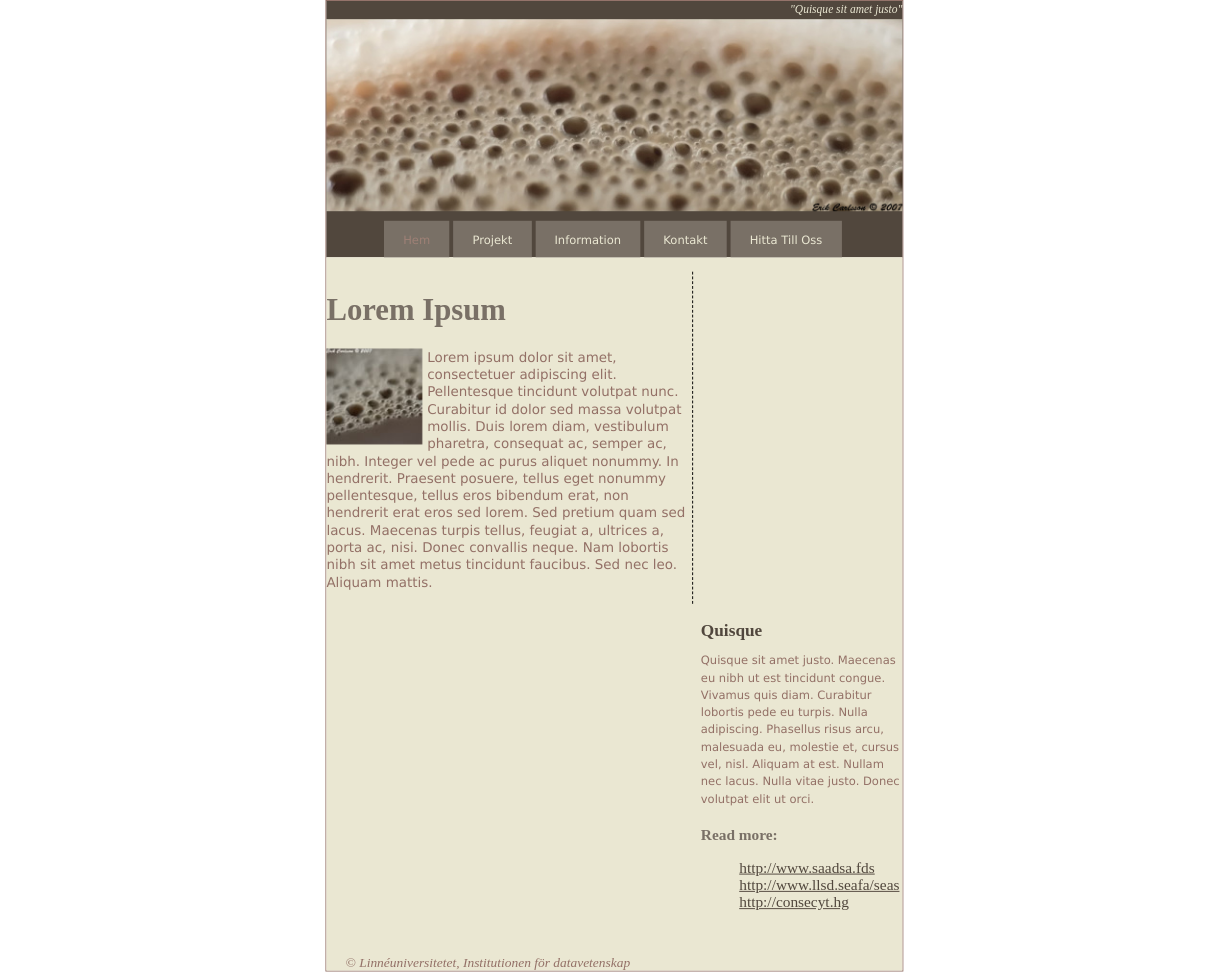
Repository: mh223ja/1ik415-js223mi-Uppgift-3-3
Page: index.html
The author's editor kept a record of every edit. The page is drawn from the files as they stood at one moment, then again after the next edit.
The browser window is 1280 px wide. The pictures show the whole page, at 96% of full size.

Above is the page before.

After the next edit:
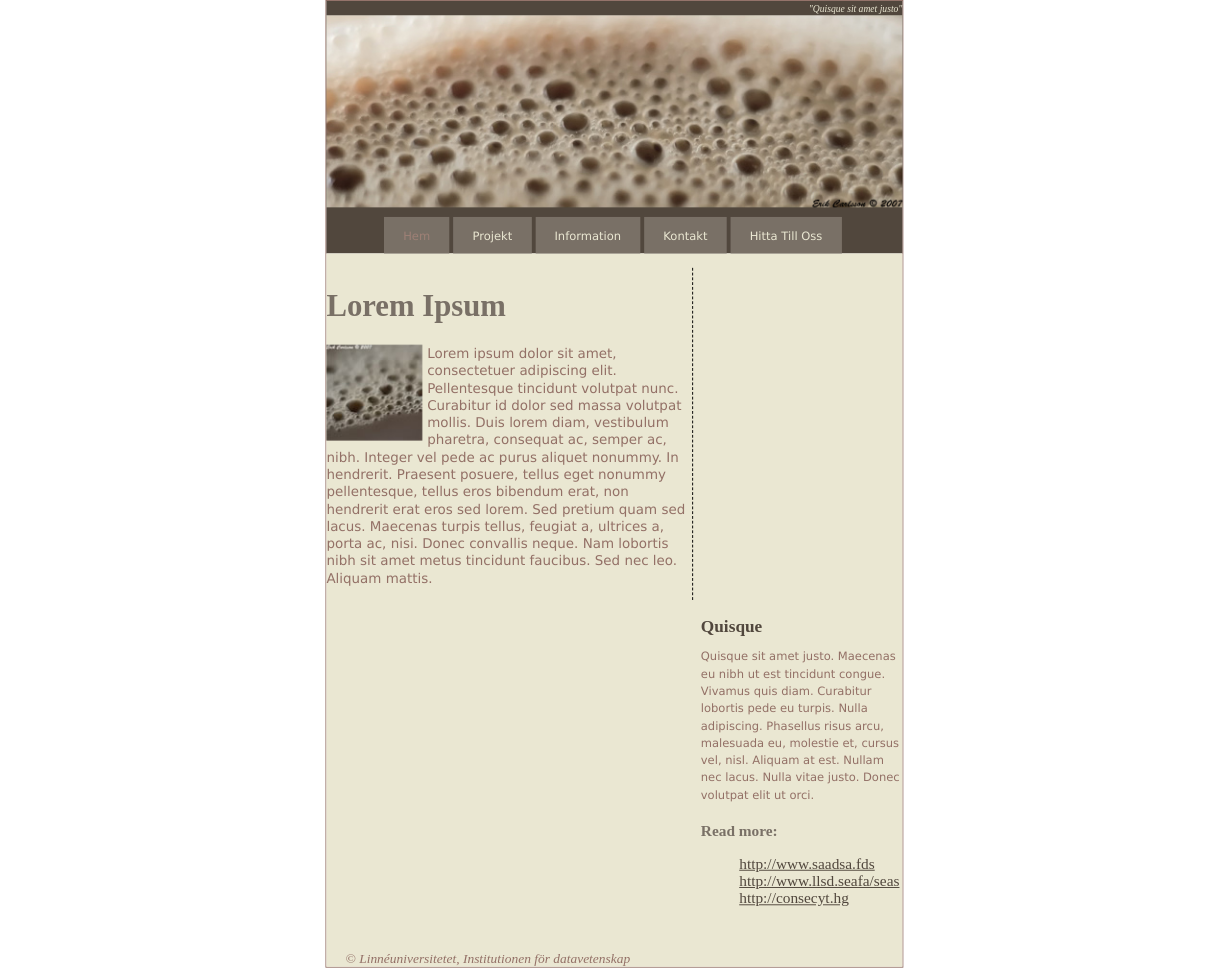
The edit:
--- a/css/basic.css
+++ b/css/basic.css
@@ -26,7 +26,7 @@
 	background-color: #51473d;
 	text-align: right;
 	color: #eae7d2;
-	font-size: 12px;
+	font-size: 10px;
 	padding: 2px 0;
 	font-style: italic;
 	width: 100%;
